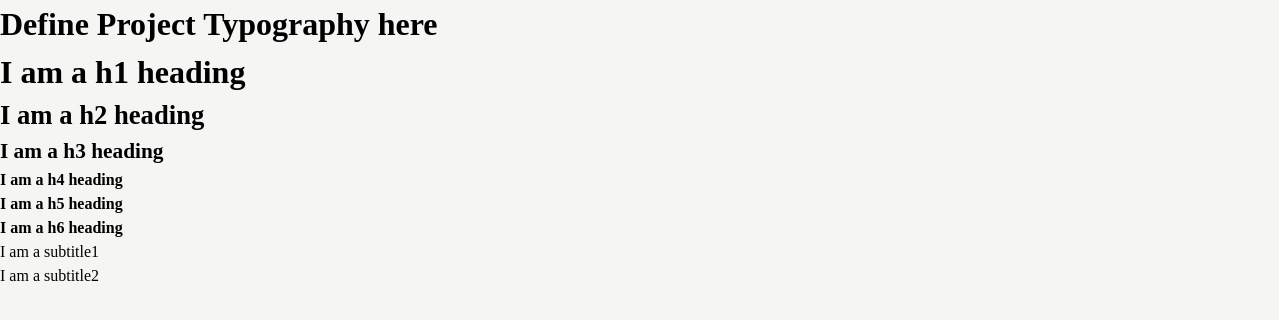
Repository: Terrycoco/coco-playground-starter
Page: /playground/typography
These files come from the project's save history. The page is drawn as it stood at one moment and after the next save; the edit follows.
The browser window is 1280 px wide. The pictures show the whole page.
Some web fonts or font styles are not loaded; a fallback is used. The project was rebuilt for these pictures with package versions that can differ from the ones it lists, and the page was loaded fresh each time. The framework's server and built-in components were replaced by stand-ins that run in the browser. Also part of the build but not shown: next.config.js, src/dev/components/dropdowns/ColorDropdown.js, src/dev/components/dropdowns/FontDropdown.js, src/dev/components/dropdowns/Dropdown.js, src/dev/components/dropdowns/index.js, src/dev/components/StyleForm.js, src/components/flex/FlexColumn.js, src/components/flex/FlexLayout.js.

Above is the page before, as saved 2023-02-17 12:58:28.

After the next save:
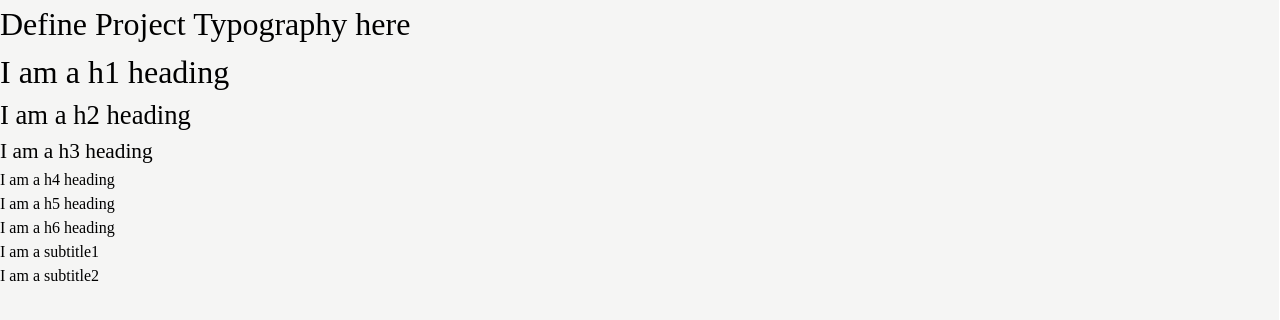
Saved 68 s later.
--- a/src/styles/reset.css
+++ b/src/styles/reset.css
@@ -59,7 +59,7 @@ select {
   font: inherit;
 }
 
-/* remove any default font sizing */
+/* remove any default font props */
 body,
 h1,
 h2,
@@ -69,6 +69,9 @@ h5,
 h6,
 p {
   font-size: 1rem;
+  font-weight: normal;
+  letter-spacing: normal;
+  word-spacing: normal;
 }
 
 /* Remove all animations, transitions and smooth scroll for people that prefer not to see them */
